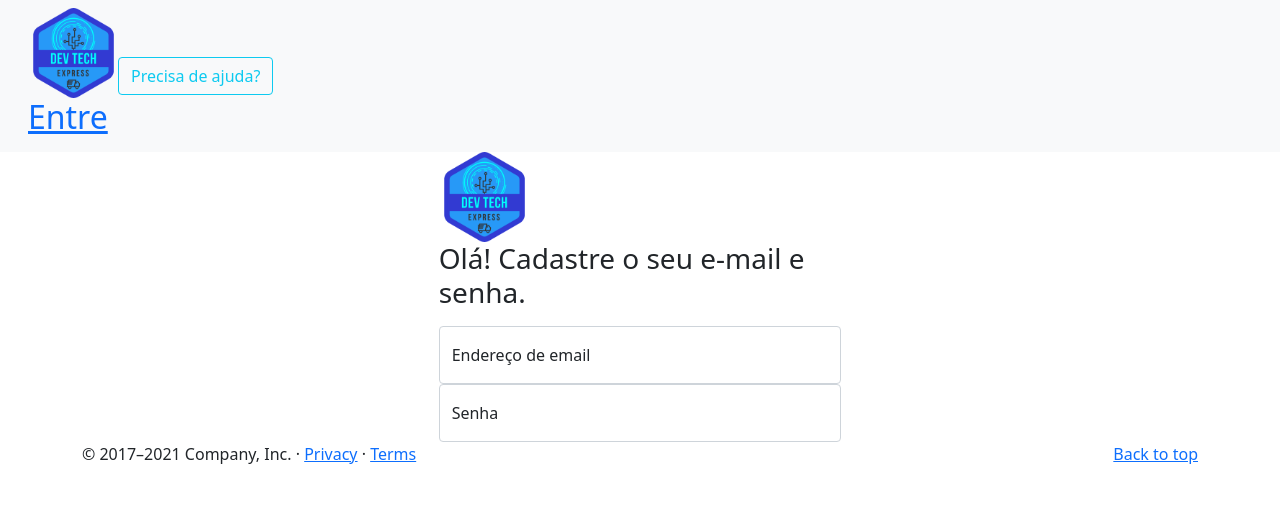
Repository: dantas-barreto/trabalho-interdisciplinar-IDW-IAP
Page: signin.html
These files come from the project's save history. The page is drawn as it stood at one moment and after the next save; the edit follows.
The browser window is 1280 px wide. The pictures show the whole page.

Above is the page before, as saved 2021-11-15 22:12:56.

### signin.html
<!DOCTYPE html>
<html lang="pt-br">
  <head>
    <meta charset="utf-8" />
    <meta name="viewport" content="width=device-width, initial-scale=1.0" />
    <link
      rel="stylesheet"
      href="node_modules/bootstrap/dist/css/bootstrap.min.css"
    />
    <link rel="shortcut icon" href="img/favicon.ico" type="image/x-icon" />
    <title>Faça Login e comece suas Compras | DevTech Express</title>
  </head>
  <body>
    <nav class="navbar navbar-expand-lg navbar-light bg-light">
      <div class="container-fluid">
        <div class="navbar-brand"></div>
        <a href="#">
          <img src="img/logo.png" width="90px" height="90px" />
          <h2>Entre</h2>
        </a>
        <button
          class="navbar-toggler"
          type="button"
          data-bs-toggle="collapse"
          data-bs-target="#navbarSupportedContent"
          aria-controls="navbarSupportedContent"
          aria-expanded="false"
          aria-label="Toggle navigation"
        >
          <span class="navbar-toggler-icon"></span>
        </button>
        <div class="collapse navbar-collapse" id="navbarSupportedContent">
          <ul class="navbar-nav me-auto mb-2 mb-lg-0">
            <li class="nav-item d-flex">
              <a class="btn btn-outline-info">Precisa de ajuda?</a>
            </li>
          </ul>
        </div>
      </div>
    </nav>

    <main>
      <div class="container-fluid col-lg-4">
        <div class="row">
          <div class="" role="2"></div>
        </div>
        <div class="row"></div>
        <div class="row">
          <form class="" role="1">
            <img
              src="img/logo.png"
              alt="Logo DevTech Express"
              height="90px"
              width="90px"
            />
            <h1 class="h3 mb-3 fw-normal">
              Olá! Cadastre o seu e-mail e senha.
            </h1>
            <div class="form-floating">
              <input
                type="email"
                class="form-control"
                id="floatingInput"
                placeholder="nome@exemplo.com"
              />
              <label for="floatingInput">Endereço de email</label>
            </div>
            <div class="form-floating">
              <input
                class="form-control"
                id="floatingPassword"
                placeholder="Senha"
              />
              <label for="floatingPassword">Senha</label>
            </div>
          </form>
        </div>
      </div>

      <footer class="container">
        <p class="float-end"><a href="#">Back to top</a></p>
        <p>
          &copy; 2017–2021 Company, Inc. &middot;
          <a href="#">Privacy</a> &middot; <a href="#">Terms</a>
        </p>
      </footer>
    </main>

    <script src="node_modules/bootstrap/dist/js/bootstrap.bundle.min.js"></script>
  </body>
</html>

Loaded but not shown: node_modules/bootstrap/dist/css/bootstrap.min.css (library); node_modules/bootstrap/dist/js/bootstrap.bundle.min.js (library)

After the next save:
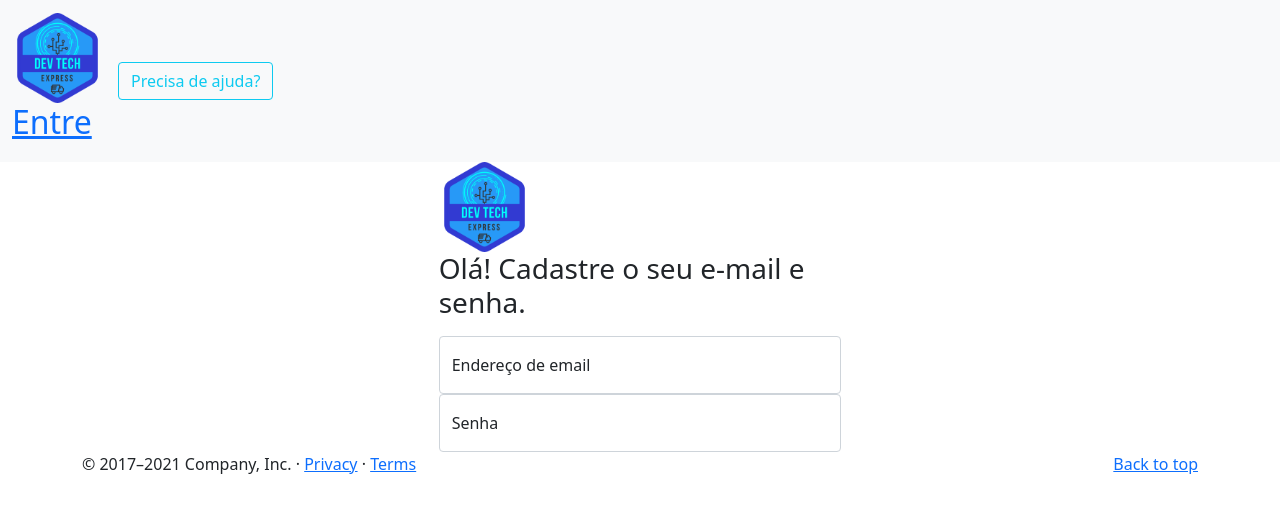
Saved 99 s later.
--- a/signin.html
+++ b/signin.html
@@ -13,11 +13,12 @@
   <body>
     <nav class="navbar navbar-expand-lg navbar-light bg-light">
       <div class="container-fluid">
-        <div class="navbar-brand"></div>
-        <a href="#">
-          <img src="img/logo.png" width="90px" height="90px" />
-          <h2>Entre</h2>
-        </a>
+        <div class="navbar-brand">
+          <a href="#">
+            <img src="img/logo.png" width="90px" height="90px" />
+            <h2>Entre</h2>
+          </a>
+        </div>
         <button
           class="navbar-toggler"
           type="button"
